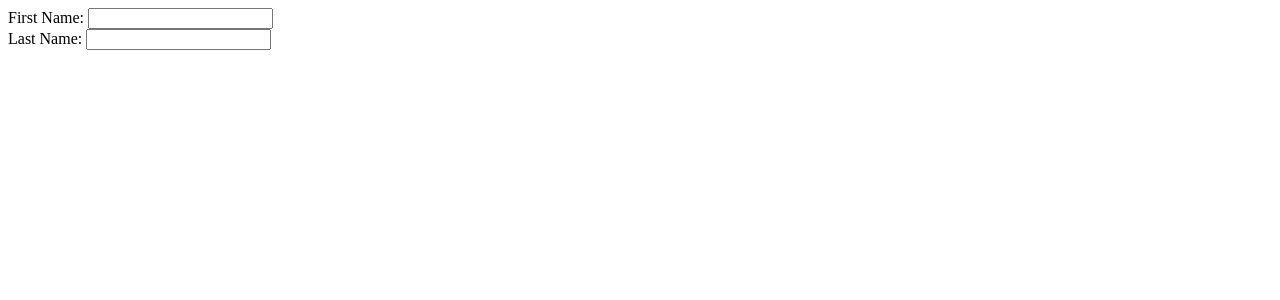
Repository: harshitanthal1/assignments_avisoft
Page: avisoft/day_3/index.html
These files come from the project's save history. The page is drawn as it stood at one moment and after the next save; the edit follows.
The browser window is 1280 px wide. The pictures show the whole page.

Above is the page before, as saved 2024-02-02 11:09:00.

After the next save:
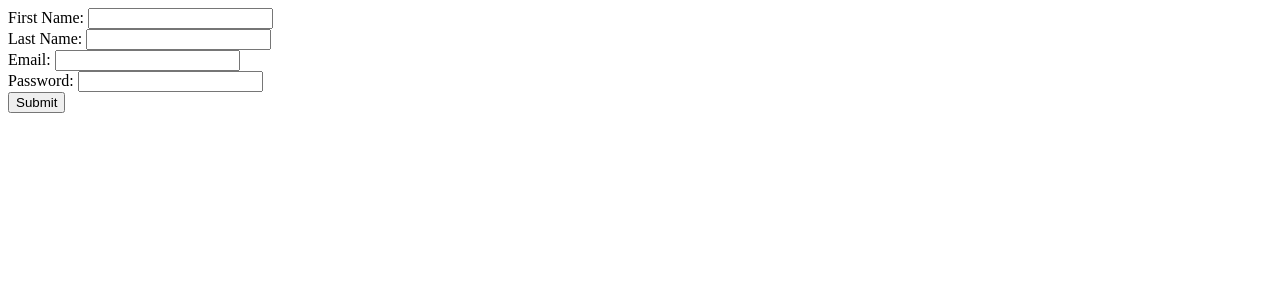
Saved 10 min 49 s later.
--- a/avisoft/day_3/index.html
+++ b/avisoft/day_3/index.html
@@ -8,10 +8,18 @@
 <body>
     <form>
         <label for="f-name">First Name: </label>
-        <input id="f-name" type="text" >
+        <input name="fname" id="f-name" type="text" >
         <br>
         <label for="l-name">Last Name: </label>
-        <input id="l-name" type="text" >
+        <input name="lname" id="l-name" type="text" >
+        <br>
+        <label for="e-mail">Email: </label>
+        <input name="email" id="e-mail" type="email" >
+        <br>
+        <label for="password">Password: </label>
+        <input name="Password" id="password" type="password" >
+        <br>
+        <input type="submit" >
     </form>
 </body>
 </html>
